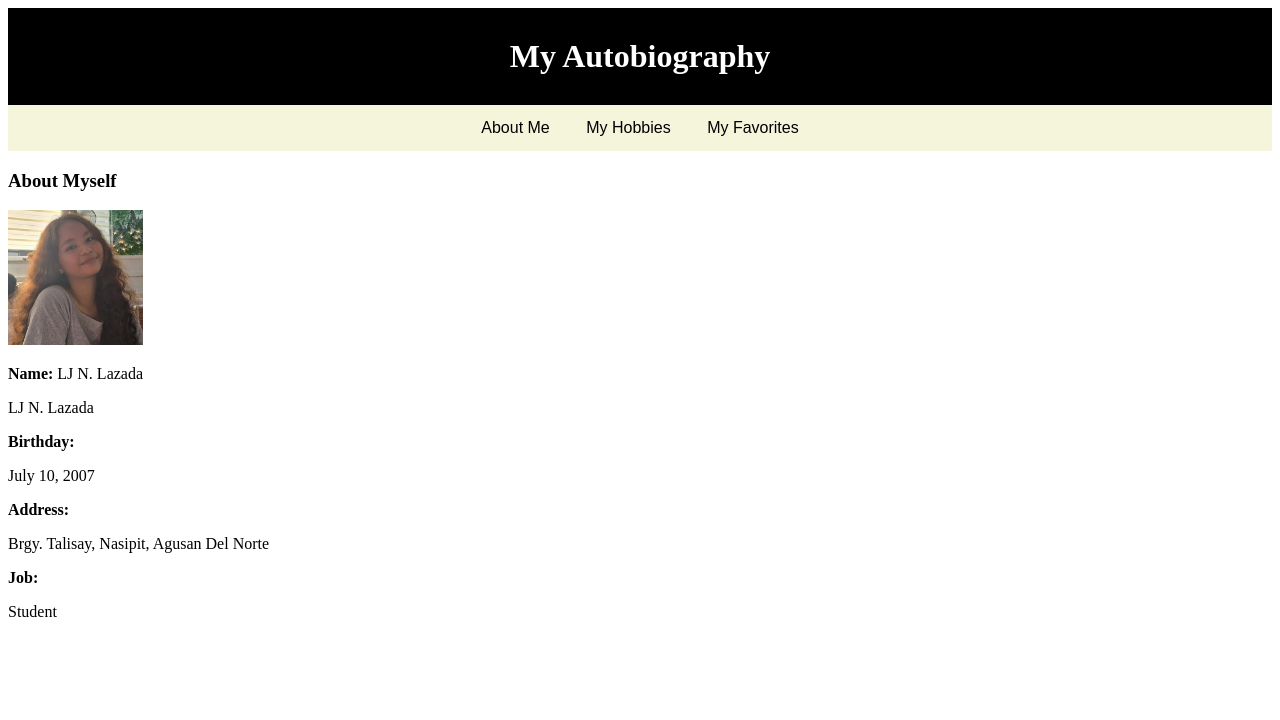
Repository: ljlazada11/MyHtmlCssActivity
Page: index.html
The author's editor kept a copy of each file at every save. The page is drawn from the files as they stood at one save, then again after the next save.
The browser window is 1280 px wide. The pictures show the whole page.

Above is the page before, as saved 2026-07-15 19:21:58.

After the next save:
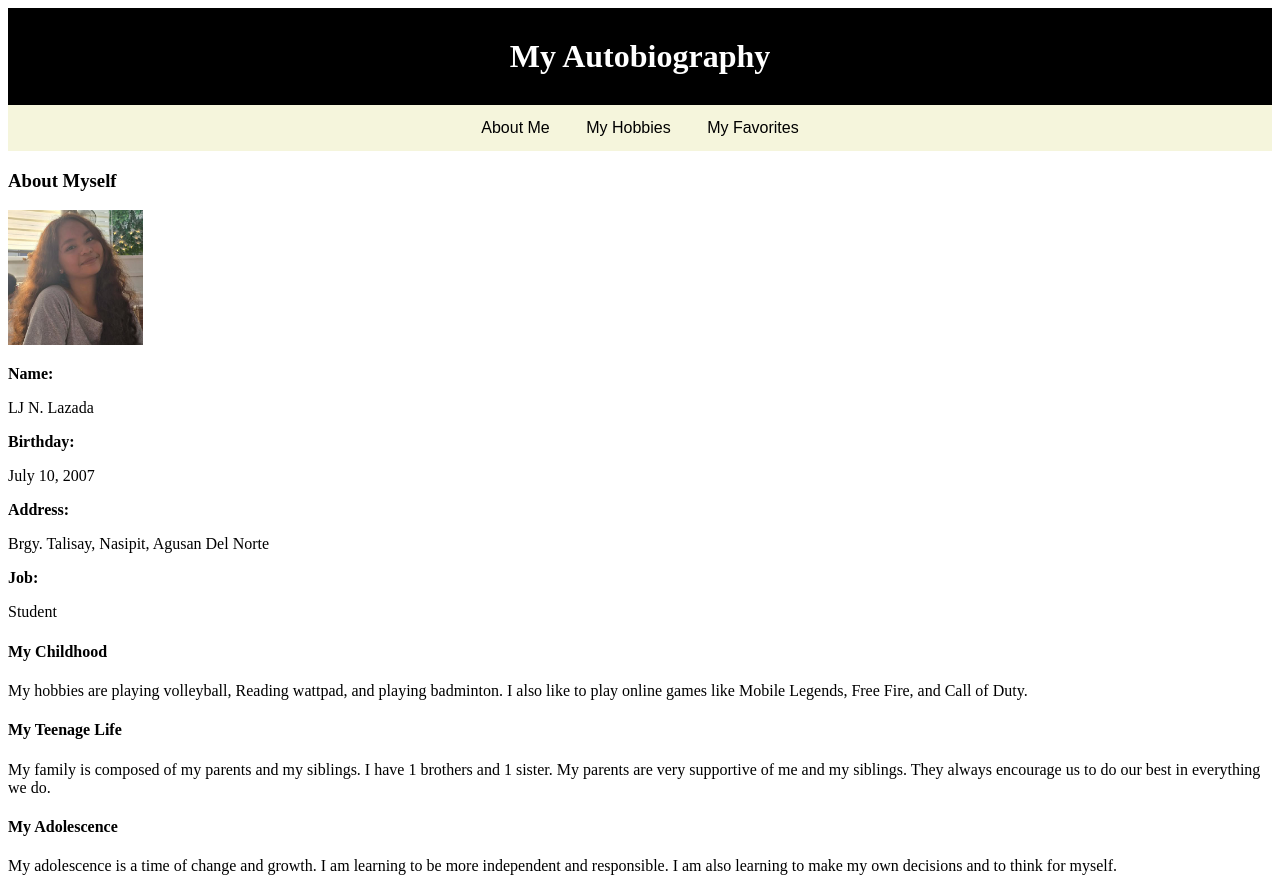
Saved 5 min 32 s later.
--- a/index.html
+++ b/index.html
@@ -22,10 +22,10 @@
         <div class="profile"></div>
             <img src="image/pic1.jpg" alt="pic1" class="myself">
 
-    <alt=profile>
+    <alt=profile></alt>
 
     <article>
-        <p><strong>Name:</strong> LJ N. Lazada</p>
+        <p><strong>Name:</strong></p>
         <p>LJ N. Lazada</p>
     </article>
 
@@ -45,9 +45,17 @@
     </article>
 
 
-    <div>
+    </div>
 </div>
 
+<h4>My Childhood</h4>
+        <p>My hobbies are playing volleyball, Reading wattpad, and playing badminton. I also like to play online games like Mobile Legends, Free Fire, and Call of Duty.</p>
+
+<h4>My Teenage Life</h4>
+        <p>My family is composed of my parents and my siblings. I have 1 brothers and 1 sister. My parents are very supportive of me and my siblings. They always encourage us to do our best in everything we do.</p>
+
+<h4>My Adolescence</h4>
+        <p>My adolescence is a time of change and growth. I am learning to be more independent and responsible. I am also learning to make my own decisions and to think for myself.</p>
 
 </body>
 </html>
